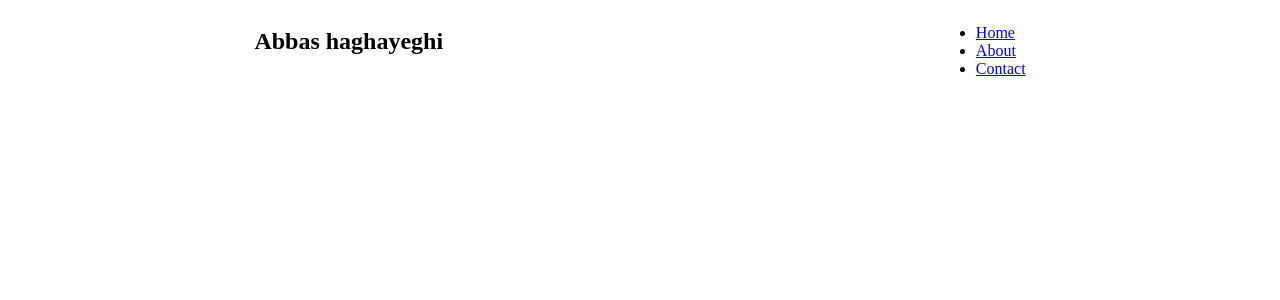
Repository: SMohammadH/react-typescript-tailwind
Page: /
An editor plug-in stored every save of this project. The page is shown before and after the next save, followed by the edit.
The browser window is 1280 px wide. The pictures show the whole page.
The project was rebuilt for these pictures with package versions that can differ from the ones it lists, and the page was loaded fresh each time. Also part of the build but not shown: craco.config.js, src/index.css.

Above is the page before, as saved 2021-02-05 09:18:11.

After the next save:
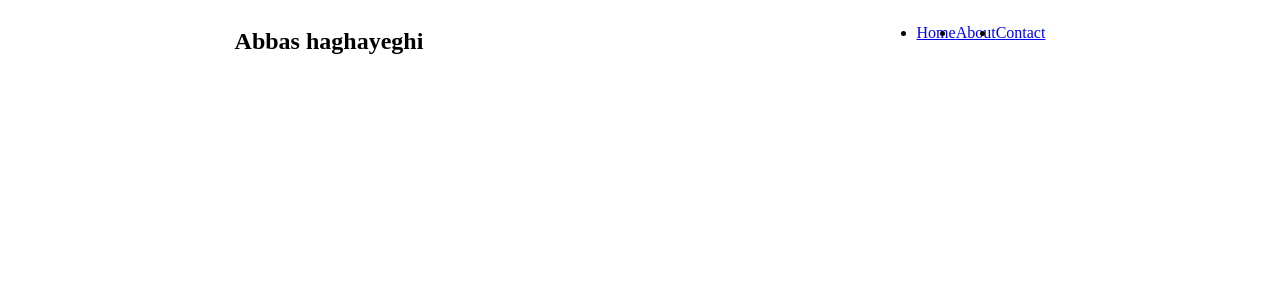
Saved 15 s later.
--- a/src/App.css
+++ b/src/App.css
@@ -6,3 +6,7 @@
   display: flex;
   justify-content: space-around;
 }
+
+.abbas2 {
+  display: flex;
+}
